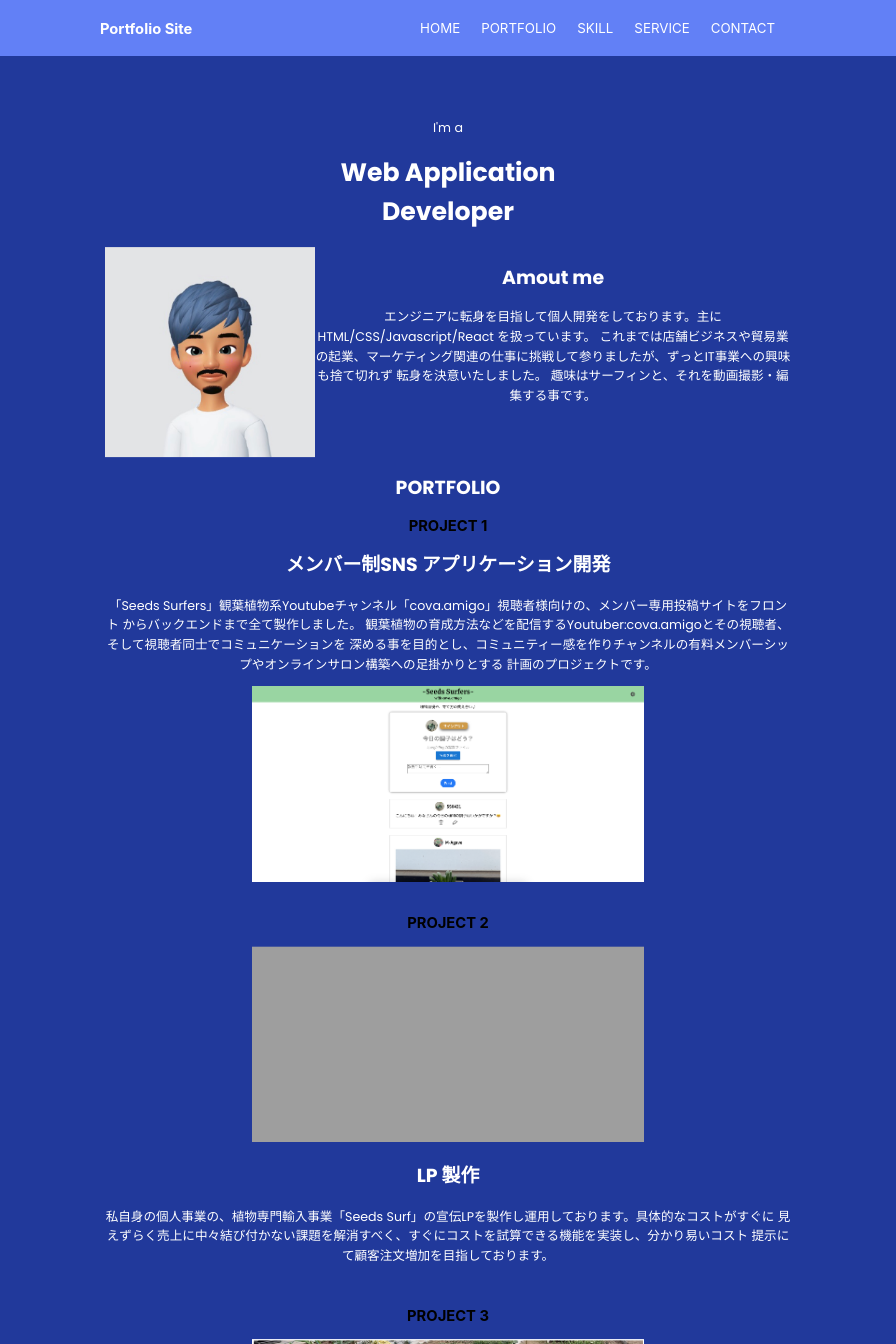
Repository: Seiya00002/my-portfolio-website2
Page: /
An editor plug-in stored every save of this project. The page is shown before and after the next save, followed by the edit.
The browser window is 1280 px wide. The pictures show the part of the page from y = 0 to 1920 px (the page is 3840 px tall before and 3727 px after), at 70% of full size.
Pictures or frames that could not be fetched are drawn as grey boxes. Some web fonts or font styles are not loaded; a fallback is used. The project was rebuilt for these pictures with package versions that can differ from the ones it lists, and the page was loaded fresh each time.

Above is the page before, as saved 2023-09-24 06:02:13.

### src/index.css
body {
  margin: 0;
  font-family: -apple-system, BlinkMacSystemFont, 'Segoe UI', 'Roboto', 'Oxygen',
    'Ubuntu', 'Cantarell', 'Fira Sans', 'Droid Sans', 'Helvetica Neue',
    sans-serif;
  -webkit-font-smoothing: antialiased;
  -moz-osx-font-smoothing: grayscale;
  background-color: rgb(33, 57, 155);
}

code {
  font-family: source-code-pro, Menlo, Monaco, Consolas, 'Courier New',
    monospace;
}

### src/App.tsx
import React from 'react';
import logo from './logo.svg';
import './App.css';
import Header from './Components/Header';
import Homepage from './Components/Homepage';
import Footer from './Components/Footer';

function App() {
  return (
    <div className="App">
      <Header />
      <Homepage />
      <Footer />
    </div>
  );
}

export default App;

### src/App.css
@import url('https://fonts.googleapis.com/css2?family=Dela+Gothic+One&family=Poppins:wght@300;400;500;600;700&display=swap');



.App {
  text-align: center;
  font-size: 18px;
  height: 100vh;
  width: 100%;
}

.title p h1 {
  font-family: 'Dela Gothic One', cursive;
}

h1, h2, p {
  color: white;
  font-family: 'Poppins', sans-serif;
}

.header {
  height: 80px;
  display: flex;
  justify-content: space-around;
  align-items: center;
  width: 100%;
  color: white;
  position: fixed;
  background-color: rgb(98, 128, 246);
  z-index: 10;
}

nav ul li {
  list-style: none;
  display: inline-block;
  margin-right: 30px;
}

nav ul li a {
  font-size: 19px;
  color: white;
  text-decoration: none;
  transition: all 0.2s;
}

nav ul li a:hover {
  color: rgb(36, 89, 250);
}

.container {
  padding: 150px;
}

#about-me {
  display: flex;
  width: 100%;
}

.about-me img {
  height: 300px;
  width: 300px;
}

.left-contents img {
  width: 560px;
  height: 280px;
}

.tech-icon {
  width: 80px;
  height: 80px;
}

.tech-icon img {
  width: 100%;
  height: 100%;

}

.skill-section {
  display: flex;
}

.service-title img {
  width: 50px;
  height: 50px;
}

#contact {
  background: rgb(113, 135, 246);
  border-radius: 10px;
}

.footer {
  height: 110px;
  width: 100%;
  justify-content: center;
  align-items: center;
  background-color: rgb(113, 135, 246);
  border-top: rgb(196, 204, 244);
}

.footer p {
  padding-top: 40px;
  font-size: small;
}

### src/Components/Header.tsx
import React from 'react'

const Header = () => {
  return (
    <div className='header'>
        <h3>Portfolio Site</h3>
        <nav>
            <ul>
                <li>
                    <a href='#top'>HOME</a>
                </li>
                <li>
                    <a href='#portfolio'>PORTFOLIO</a>
                </li>
                <li>
                    <a href='#skill'>SKILL</a>
                </li>
                <li>
                    <a href='#service'>SERVICE</a>
                </li>
                <li>
                    <a href='#contact'>CONTACT</a>
                </li>
            </ul>
        </nav>
    </div>
  )
}

export default Header

### src/Components/Homepage.tsx
import React from 'react'

const Homepage = () => {
  return (
    <div className='container'>
        <div className='title'>
            <p>I'm a</p>
            <h1>Web Application<br></br> Developer</h1>
        </div>
        <div className='about-me' id='about-me'>
            <img src='/image/m-drawing.jpg' alt='profile-image' />
            <div className='right-contents'>
                <h2>Amout me</h2>
                <p>エンジニアに転身を目指して個人開発をしております。主にHTML/CSS/Javascript/React を扱っています。
                これまでは店舗ビジネスや貿易業の起業、マーケティング関連の仕事に挑戦して参りましたが、ずっとIT事業への興味も捨て切れず
                転身を決意いたしました。
                趣味はサーフィンと、それを動画撮影・編集する事です。</p>
            </div>
        </div>

        <div id='portfolio'>
            <h2>PORTFOLIO</h2>
            <div className='project'>
                <div className='left-contents'>
                    <h3>PROJECT 1</h3>
                    <h2>メンバー制SNS アプリケーション開発</h2>
                    <p>「Seeds Surfers」観葉植物系Youtubeチャンネル「cova.amigo」視聴者様向けの、メンバー専用投稿サイトをフロント
                        からバックエンドまで全て製作しました。
                        観葉植物の育成方法などを配信するYoutuber:cova.amigoとその視聴者、そして視聴者同士でコミュニケーションを
                        深める事を目的とし、コミュニティー感を作りチャンネルの有料メンバーシップやオンラインサロン構築への足掛かりとする
                        計画のプロジェクトです。
                    </p>
                    <img src='/image/seeds-surfers-image.png'
                    alt='Seeds-Surfers-image'
                    />
                </div>
                <img src='' alt=''/>
            </div>
            <div className='project'>
                <div className='left-contents'>
                    <h3>PROJECT 2</h3>
                    <img src='/image/seeds-surf-lp-image.png'
                    alt='Seeds-Surf-lp-image'
                    />
                    <h2>LP 製作</h2>
                    <p>私自身の個人事業の、植物専門輸入事業「Seeds Surf」の宣伝LPを製作し運用しております。具体的なコストがすぐに
                        見えずらく売上に中々結び付かない課題を解消すべく、すぐにコストを試算できる機能を実装し、分かり易いコスト
                        提示にて顧客注文増加を目指しております。
                    </p>
                </div>
                <img src='' alt=''/>
            </div>
            <div className='project'>
                <div className='left-contents'>
                    <h3>PROJECT 3</h3>
                    <img src='/image/youtube-image.png'
                    alt='movie-project-image'
                    />
                    <h2>動画製作</h2>
                    <p>Youtubeチャンネルを立ち上げから、撮影、編集、分析を含む運営を約2年間行いました。チャンネル登録者は約8千人、
                        販売売上80%増を達成しました。ニッチな分野のジャンルで、無名の状態から業界では知られた存在となり、人気を
                        獲得し売り上げにつながりました。テレビ風の面白おかしい、サボテン系植物の解説系動画チャンネルです。
                    </p>
                </div>
                <img src='' alt=''/>
            </div>

        </div>

        <div id='skill'>
            <h2>SKILL</h2>
            <div className='skill-section'>
                <div className='tech-icon'>
                    <img src='/image/html-5-icon.svg' />
                    <p>HTML</p>
                </div>
                <div className='tech-icon'>
                    <img src='/image/css-3-icon.svg' />
                    <p>CSS</p>
                </div>
                <div className='tech-icon'>
                    <img src='/image/javascript-icon.svg' />
                    <p>Javascript</p>
                </div>
                <div className='tech-icon'>
                    <img src='/image/react-icon.svg' />
                    <p>React.JS</p>
                </div>
                <div className='tech-icon'>
                    <img src='/image/typescript-icon.svg' />
                    <p>Typescript</p>
                </div>
                <div className='tech-icon'>
                    <img src='/image/firebase-icon.svg' />
                    <p>Firebase</p>
                </div>
                <div className='tech-icon'>
                    <img src='/image/nodejs-icon.svg' />
                    <p>Node.JS</p>
                </div>
                <div className='tech-icon'>
                    <img src='/image/adobe-premiere-icon.svg' />
                    <p>Adobe preiere pro</p>
                </div>
            </div>
        </div>

        <div id='service'>
            <h2>SERVICE</h2>
            <div className='service-description'>
                <div className='service-box'>
                    <div className='service-title'>
                        <img src='/image/memo-app-icon.svg' />
                        <h2>Web Application 開発</h2>
                    </div>
                    <p>Javascript, React.js を用いたSNS等のWEBアプリケーションの開発</p>
                </div>
                <div className='service-box'>
                <div className='service-title'>
                        <img src='/image/memo-app-icon.svg' />
                        <h2>Website 開発</h2>
                    </div>
                    <p>Javascriptを用いた機能付きのWebサイトや、React.jsによる本格的なWebサイトをHTML,CSSの編集を含めご対応いたします。</p>
                </div>
                <div className='service-box'>
                <div className='service-title'>
                        <img src='/image/memo-app-icon.svg' />
                        <h2>Web Marketing support</h2>
                    </div>
                    <p>LP製作から、Web広告、SNS運用、そしてマーケティング戦略立案をサポートいたします。</p>
                </div>
                <div className='service-box'>
                <div className='service-title'>
                        <img src='/image/memo-app-icon.svg' />
                        <h2>動画製作</h2>
                    </div>
                    <p>Youtube, SNS向け動画製作の企画、撮影、編集作業を行なっております。Adobe premiere pro, filmoraソフトご対応しております。</p>
                </div>
            </div>
        </div>
        <div id='contact'>
            <h2>CONTACT</h2>
            <div className='contact-section'>
                <form>
                    <label>
                        名前:
                        <input
                            type='text'
                            required
                        />
                    </label>
                    <label>
                        Email:
                        <input
                            type='text'
                            required
                        />
                    </label>
                    <label>
                        メッセージ:
                        <textarea

                            required
                        ></textarea>
                    </label>
                    <button type='submit'>送信</button>
                </form>
            </div>
        </div>

    </div>
  )
}

export default Homepage

### src/Components/Footer.tsx
import React from 'react'

const Footer = () => {
  return (
        <div className='footer'>
            <p>CopyRight@Matsumoto</p>
        </div>  )
}

export default Footer

Loaded but not shown: public/index.html (common file); src/index.tsx (common file); src/reportWebVitals.ts (common file)

After the next save:
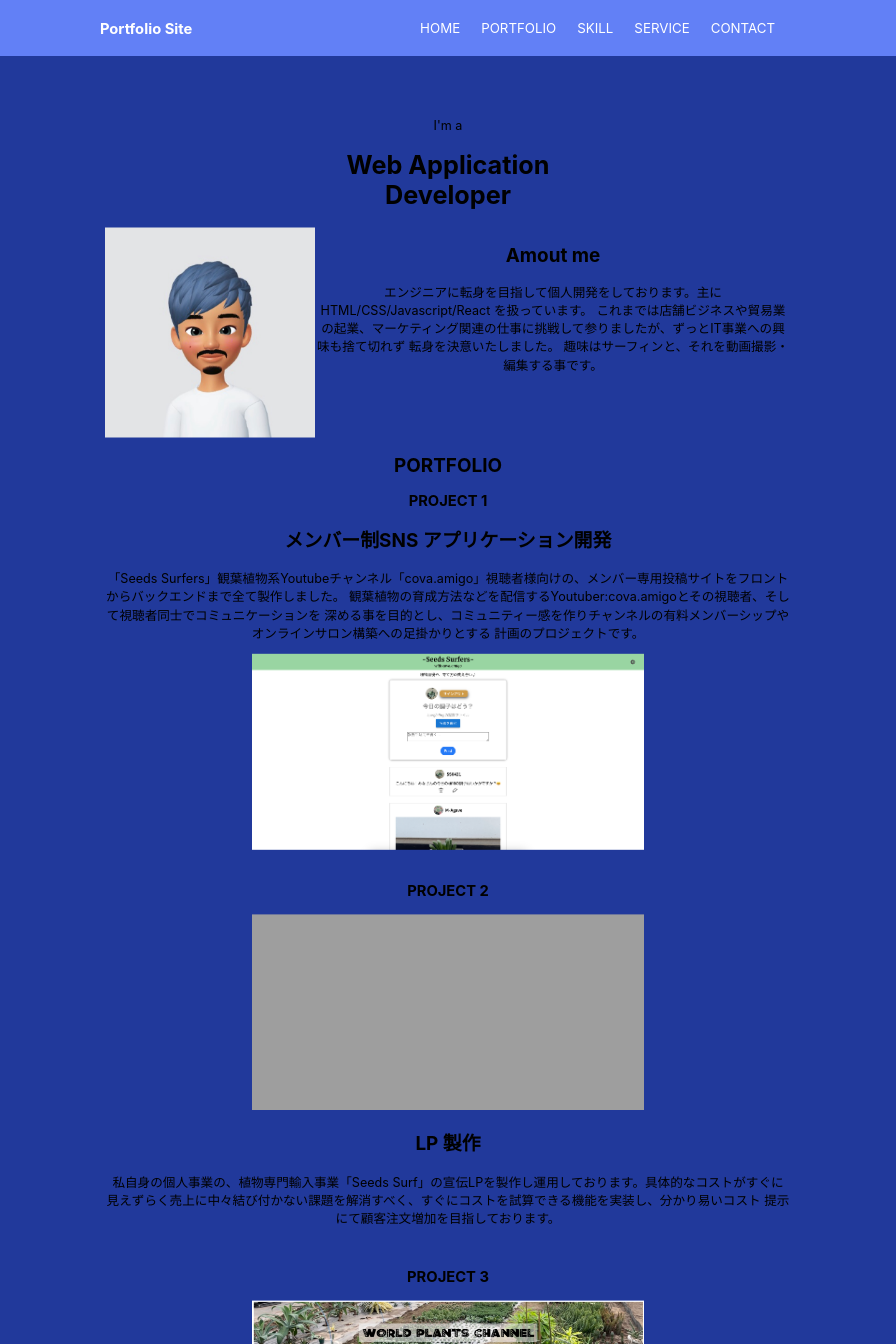
Saved 52 s later.
--- a/src/App.css
+++ b/src/App.css
@@ -13,10 +13,10 @@
   font-family: 'Dela Gothic One', cursive;
 }
 
-h1, h2, p {
+/* h1, h2, p {
   color: white;
   font-family: 'Poppins', sans-serif;
-}
+} */
 
 .header {
   height: 80px;

After the 2 saves that followed:
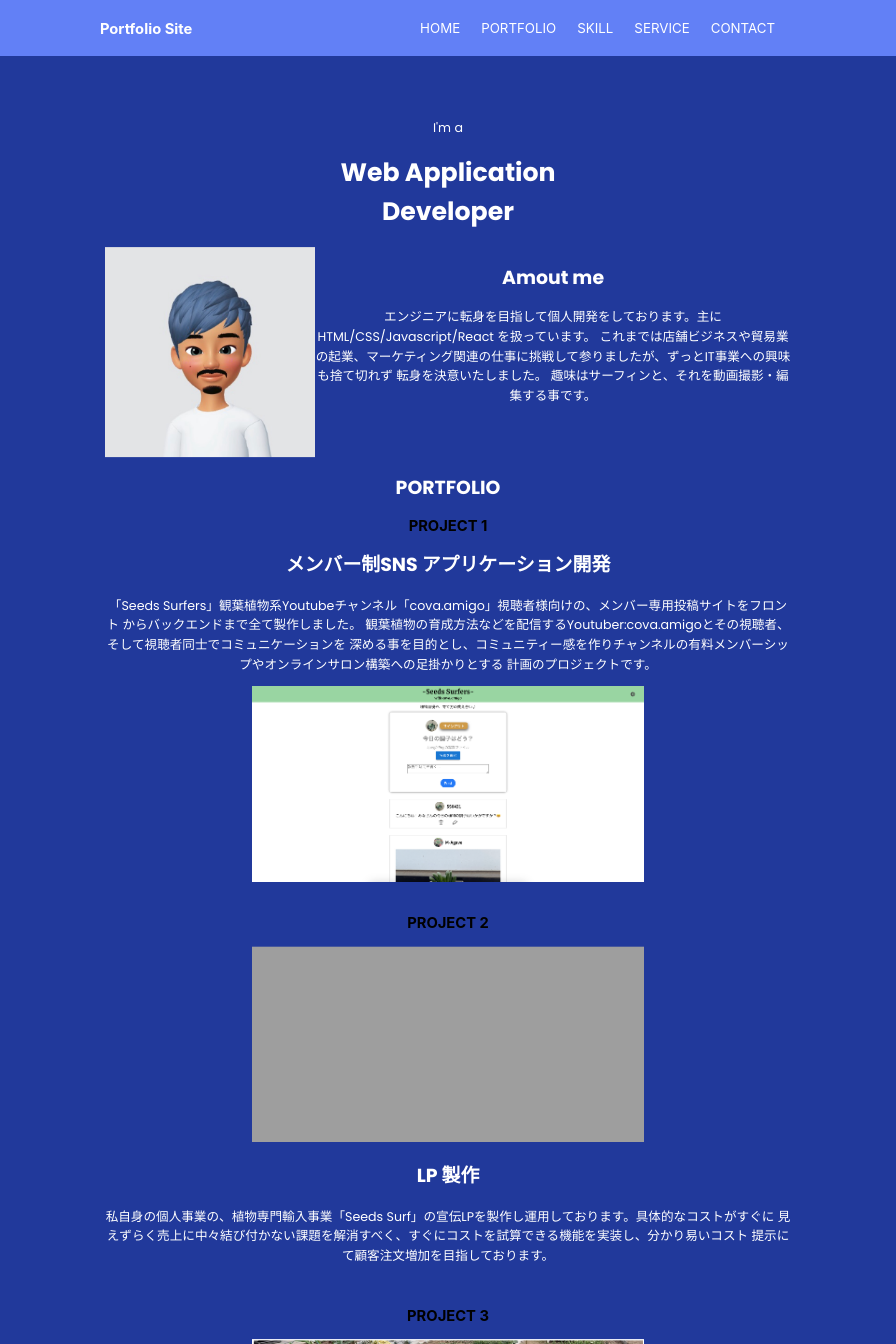
The 2 saves are shown as one change because 1 left the picture as it was.
The last was saved 2 min 3 s later.
--- a/src/App.css
+++ b/src/App.css
@@ -13,10 +13,10 @@
   font-family: 'Dela Gothic One', cursive;
 }
 
-/* h1, h2, p {
+h1, h2, p {
   color: white;
   font-family: 'Poppins', sans-serif;
-} */
+}
 
 .header {
   height: 80px;
